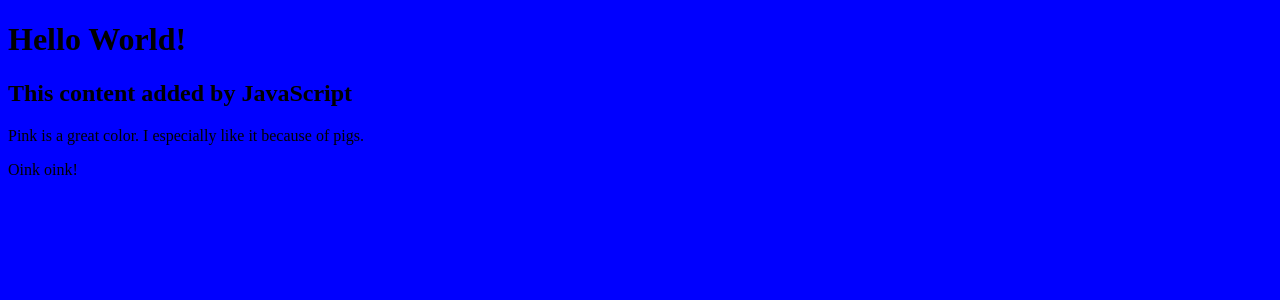
Repository: annferracane/phase-0-personal-website
Page: index.html
These files come from the project's save history. The page is drawn as it stood at one moment and after the next save; the edit follows.
The browser window is 1280 px wide. The pictures show the whole page.

Above is the page before, as saved 2022-11-13 15:00:16.

### index.html

<!DOCTYPE html>
<html lang="en">
    <head>
        <link rel="stylesheet" href="./style.css" />
        <title>Ann Sample Personal Website</title>
    </head>
    <body>
        <h1>Hello World!</h1>
        <script src="script.js"></script>
        <div id="pink">

            <p>Pink is a great color. I especially like it because of pigs.</p>

            <p>Oink oink!</p>

          </div>
    </body>
</html>

### script.js
const h2 = document.createElement("h2");
h2.textContent = "This content added by JavaScript";
document.querySelector("body").appendChild(h2);

Loaded but not shown: style.css (common file)

After the next save:
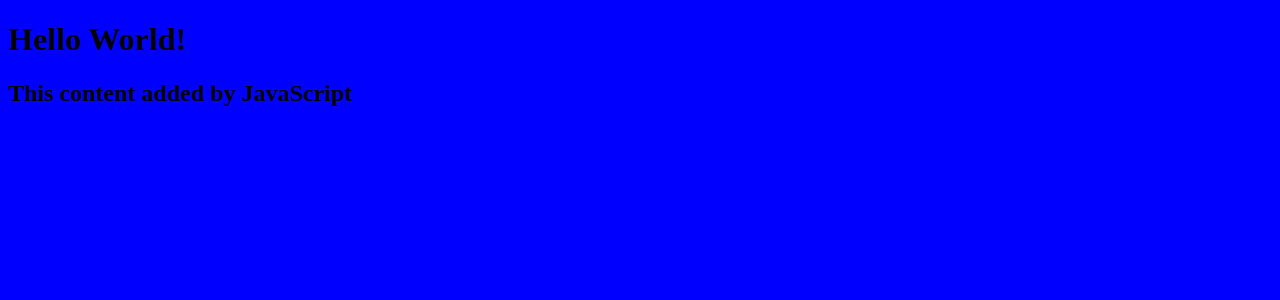
Saved 2 min 25 s later.
--- a/index.html
+++ b/index.html
@@ -8,12 +8,5 @@
     <body>
         <h1>Hello World!</h1>
         <script src="script.js"></script>
-        <div id="pink">
-
-            <p>Pink is a great color. I especially like it because of pigs.</p>
-
-            <p>Oink oink!</p>
-
-          </div>
     </body>
 </html>
